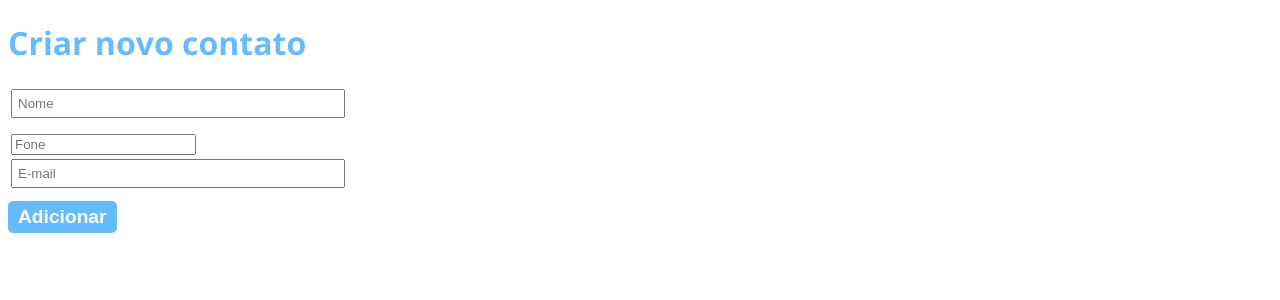
Repository: evanalves/Agenda-JDBC
Page: agenda/src/main/webapp/novo.html
An editor plug-in stored every save of this project. The page is shown before and after the next save, followed by the edit.
The browser window is 1280 px wide. The pictures show the whole page.

Above is the page before, as saved 2023-08-20 12:53:23.

After the next save:
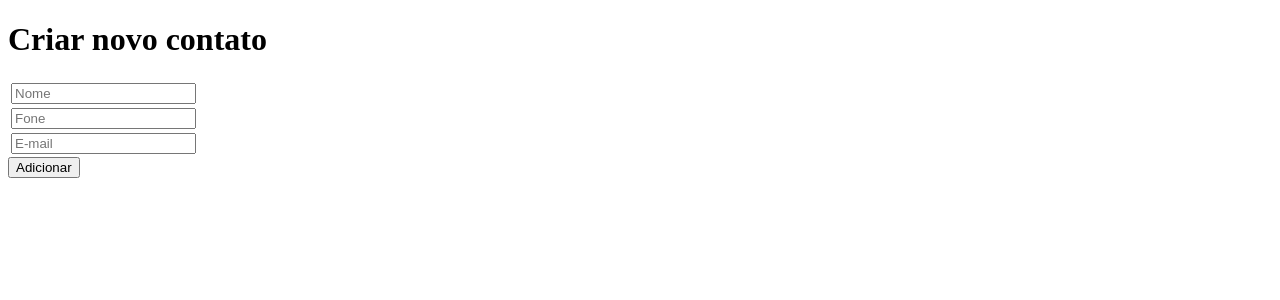
Saved 62 s later.
--- a/agenda/src/main/webapp/novo.html
+++ b/agenda/src/main/webapp/novo.html
@@ -4,7 +4,7 @@
 <meta charset="UTF-8">
 <title>Agenda de Contatos</title>
 <link rel="icon" href="imagens/favicon.png">
-<link rel="styleSheet" href="style.css">
+
 </head>
 <body>
 	<h1>Criar novo contato</h1>

After the save that followed:
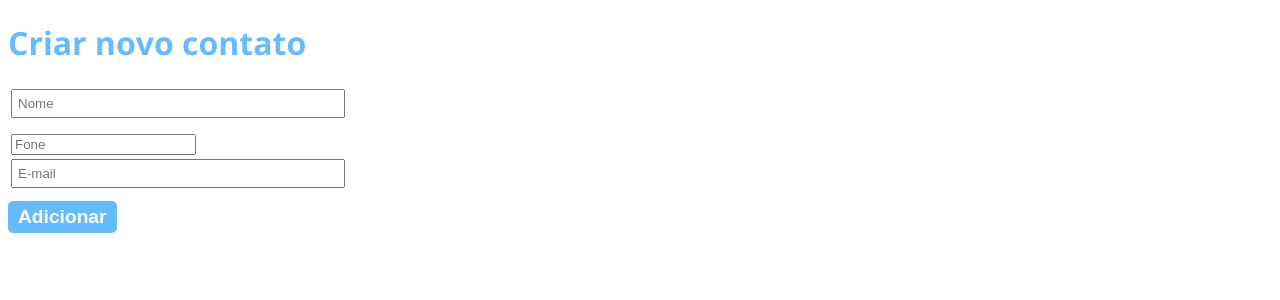
Saved 15 s later.
--- a/agenda/src/main/webapp/novo.html
+++ b/agenda/src/main/webapp/novo.html
@@ -4,6 +4,7 @@
 <meta charset="UTF-8">
 <title>Agenda de Contatos</title>
 <link rel="icon" href="imagens/favicon.png">
+<link rel="styleSheet" href="style.css">
 
 </head>
 <body>
